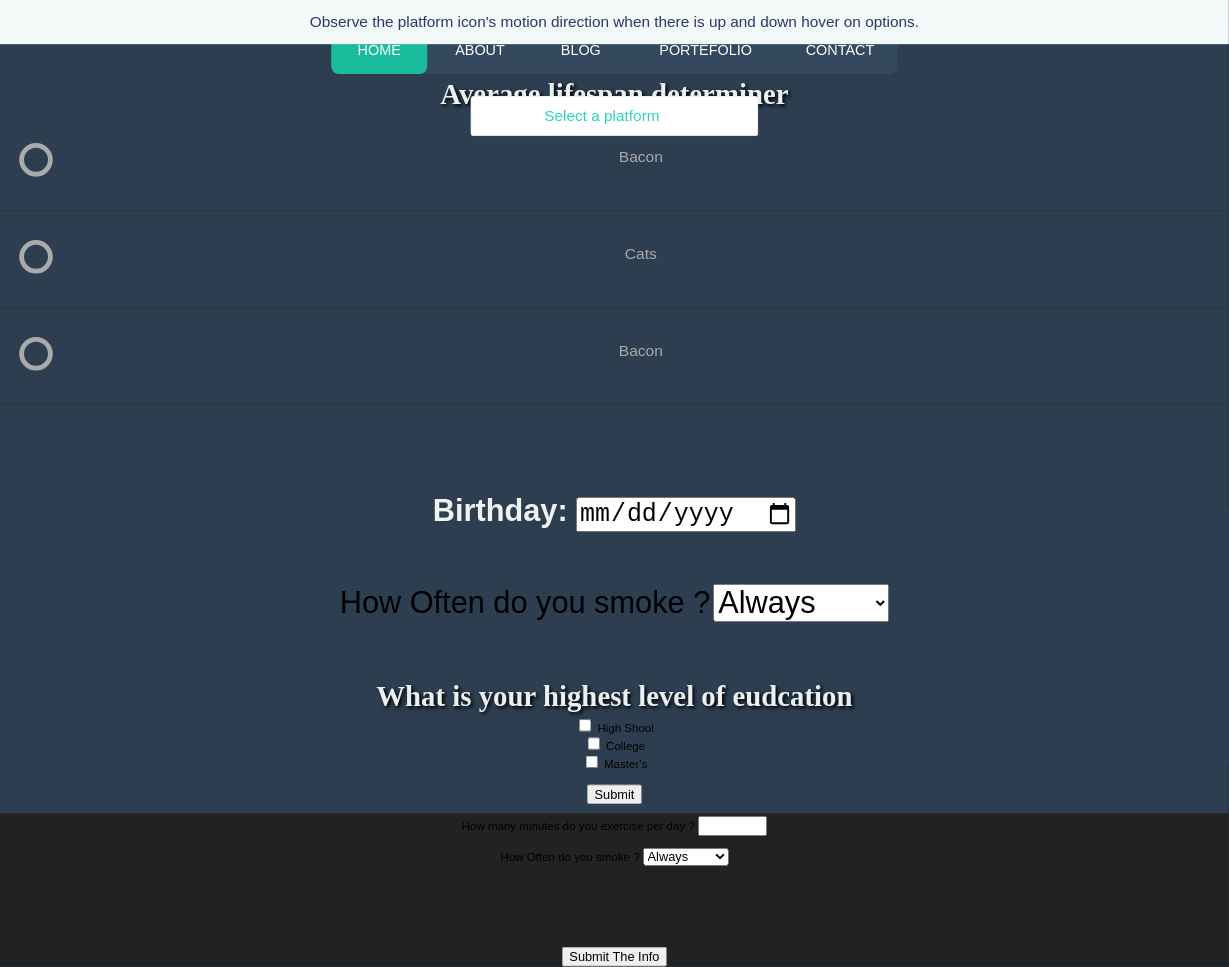
Repository: navid-amini12/capstone-1
Page: wordgame.html
An editor plug-in stored every save of this project. The page is shown before and after the next save, followed by the edit.
The browser window is 1280 px wide. The pictures show the whole page, at 96% of full size.

Above is the page before, as saved 2022-06-01 13:00:31.

### wordgame.html


  <link rel="stylesheet" type="text/css" href="Life.css">






<!-- NAVATION STARTING  -->

<nav class ="mynavigation">
  <a href="#">Home</a>
  <a href="#">About</a>
  <a href="#">Blog</a>
  <a href="#">Portefolio</a>
  <a href="#">Contact</a>
  <div class="animation start-home"></div>
</nav>
  <!-- NAVIGATION ENDING -->
    <h1>Average lifespan determiner</h1>









      <div class = "container90">

          <ul>
          <li>
            <input type="radio" id="s-option" name="selector">
            <label for="s-option">Bacon</label>

            <div class="check"><div class="inside"></div></div>
          </li>

          <li>
            <input type="radio" id="t-option" name="selector">
            <label for="t-option">Cats</label>

            <div class="check"><div class="inside"></div></div>
          </li>

          <li>
            <input type="radio" id="s-option" name="selector">
            <label for="s-option">Bacon</label>

            <div class="check"><div class="inside"></div></div>
          </li>
        </ul>
   </div>



   <br> <br> <br>


  <div class = "left"><form action="/action_page.php">
    <label style=" color: #f1f1f1; font-weight: bold; font-size: xx-large;" for="birthday">Birthday: </label>
    <input style = "font-size: xx-large" ;  type="date" id="birthday" name="birthday">

  </form>
 <br> <br> <br>
<label style = "font-size: xx-large" ;   for="cars">How Often do you smoke ?</label>

<select style = "font-size: xx-large" ;    id="questions">
<option value="volvo">Always</option>
<option value="saab">Often</option>
<option value="opel">Sometimes</option>
<option value="audi">Rarely</option>
<option value="audi">Never</option>
</select>
<br><br><br><br><br>












<div id="info">Observe the platform icon's motion direction when there is up and down hover on options.</div>

<form id="app-cover">
  <div id="select-box">
    <input type="checkbox" id="options-view-button">
    <div id="select-button" class="brd">
      <div id="selected-value">
        <span>Select a platform</span>
      </div>
      <div id="chevrons">
        <i class="fas fa-chevron-up"></i>
        <i class="fas fa-chevron-down"></i>
      </div>
    </div>
    <div id="options">
      <div class="option">
        <input class="s-c top" type="radio" name="platform" value="codepen">
        <input class="s-c bottom" type="radio" name="platform" value="codepen">
        <i class="fab fa-codepen"></i>
        <span class="label">CodePen</span>
        <span class="opt-val">CodePen</span>
      </div>
      <div class="option">
        <input class="s-c top" type="radio" name="platform" value="dribbble">
        <input class="s-c bottom" type="radio" name="platform" value="dribbble">
        <i class="fab fa-dribbble"></i>
        <span class="label">Dribbble</span>
        <span class="opt-val">Dribbble</span>
      </div>
      <div class="option">
        <input class="s-c top" type="radio" name="platform" value="behance">
        <input class="s-c bottom" type="radio" name="platform" value="behance">
        <i class="fab fa-behance"></i>
        <span class="label">Behance</span>
        <span class="opt-val">Behance</span>
      </div>
      <div class="option">
        <input class="s-c top" type="radio" name="platform" value="hackerrank">
        <input class="s-c bottom" type="radio" name="platform" value="hackerrank">
        <i class="fab fa-hackerrank"></i>
        <span class="label">HackerRank</span>
        <span class="opt-val">HackerRank</span>
      </div>
      <div class="option">
        <input class="s-c top" type="radio" name="platform" value="stackoverflow">
        <input class="s-c bottom" type="radio" name="platform" value="stackoverflow">
        <i class="fab fa-stack-overflow"></i>
        <span class="label">StackOverflow</span>
        <span class="opt-val">StackOverflow</span>
      </div>
      <div class="option">
        <input class="s-c top" type="radio" name="platform" value="freecodecamp">
        <input class="s-c bottom" type="radio" name="platform" value="freecodecamp">
        <i class="fab fa-free-code-camp"></i>
        <span class="label">FreeCodeCamp</span>
        <span class="opt-val">FreeCodeCamp</span>
      </div>
      <div id="option-bg"></div>
    </div>
  </div>
</form>


























<h1>What is your highest level of eudcation</h1>

<form id = "checkbox1">
<input type="checkbox" id="vehicle1" name="vehicle1" value="Bike">
<label for="vehicle1"> High Shool</label><br>
<input type="checkbox" id="vehicle2" name="vehicle2" value="Car">
<label for="vehicle2"> College</label><br>
<input type="checkbox" id="vehicle3" name="vehicle3" value="Boat">
<label for="vehicle3"> Master's</label><br><br>
<input type="submit" value="Submit">
</form>

<form>
  <label for="quantity">How many minutes do you exercise per day ? </label>
  <input type="number" id="quantity" name="quantity" min="0" max="1000">
</form>




<label for="cars">How Often do you smoke ?</label>

<select id="myquestions">
<option value="always">Always</option>
<option value="often">Often</option>
<option value="sometimes">Sometimes</option>
<option value="rarely">Rarely</option>
<option value="never">Never</option>
</select>
<br>
<br>
<br>
<br>


<br>
<br>
<br>
<button id = "submitInfo">Submit The Info</button></div>





<!-- <input id = "submitInfo" type="button" value = "Submit Info" onclick="alert('Submitting INfo');" /></div> -->

  </div>



  <!-- <input id = "submitInfo" type="button" value = "Submit Info" onclick="alert('Submitting INfo');" /> -->


















  <body class="container">
    <ul id="people" class=""></ul>


    <script src="https://unpkg.com/axios/dist/axios.min.js"></script>
    <script>

      document.getElementById("submitInfo").onclick = function () {
        axios
          .get("http://localhost:4000/api/users")
          .then(function (response) {
            var e = document.getElementById("myquestions");
            var strUser = e.options[e.selectedIndex].text;


            var x = document.getElementById("vehicle1").value;




     if (strUser == "Never") {

         alert(x)



       alert( document.getElementById("people").innerHTML = response.data[0] )

    }
          })


          .catch(function (err) {
            document.getElementById("people").innerHTML =
              '<li class="text-danger">' + err.message + "</li>";
          });
      };
    </script>

### Life.css
* {
  user-select: none;
}

*:focus {
  outline: none;
}

html,
body {
  height: 100%;
  min-height: 100%;
}

body {
  font-family: "Segoe UI", Tahoma, Geneva, Verdana, sans-serif;
  padding-bottom: 100px;
  margin: 0;
  background-color: #ebf3f3;
}

.brd {
  border: 1px solid #e2eded;
  border-color: #eaf1f1 #e4eded #dbe7e7 #e4eded;
}

#info {
  position: absolute;
  top: 0;
  right: 0;
  left: 0;
  color: #2d3667;
  font-size: 16px;
  text-align: center;
  padding: 14px;
  background-color: #f3f9f9;
}

#app-cover {
  position: absolute;
  top: 0;
  right: 0;
  left: 0;
  width: 300px;
  height: 42px;
  margin: 100px auto 0 auto;
  z-index: 1;
}

#select-button {
  position: relative;
  height: 16px;
  padding: 12px 14px;
  background-color: #fff;
  border-radius: 4px;
  cursor: pointer;
}

#options-view-button {
  position: absolute;
  top: 0;
  right: 0;
  bottom: 0;
  left: 0;
  width: 100%;
  height: 100%;
  margin: 0;
  opacity: 0;
  cursor: pointer;
  z-index: 3;
}

#selected-value {
  font-size: 16px;
  line-height: 1;
  margin-right: 26px;
}

.option i {
  width: 16px;
  height: 16px;
}

.option,
.label {
  color: #2d3667;
  font-size: 16px;
}

#chevrons {
  position: absolute;
  top: 0;
  right: 0;
  bottom: 0;
  width: 12px;
  padding: 9px 14px;
}

#chevrons i {
  display: block;
  height: 50%;
  color: #d1dede;
  font-size: 12px;
  text-align: right;
}

#options-view-button:checked + #select-button #chevrons i {
  color: #2d3667;
}

.options {
  position: absolute;
  left: 0;
  width: 250px;
}

#options {
  position: absolute;
  top: 42px;
  right: 0;
  left: 0;
  width: 298px;
  margin: 0 auto;
  background-color: #fff;
  border-radius: 4px;
}

#options-view-button:checked ~ #options {
  border: 1px solid #e2eded;
  border-color: #eaf1f1 #e4eded #dbe7e7 #e4eded;
}

.option {
  position: relative;
  line-height: 1;
  transition: 0.3s ease all;
  z-index: 2;
}

.option i {
  position: absolute;
  left: 14px;
  padding: 0;
  display: none;
}

#options-view-button:checked ~ #options .option i {
  display: block;
  padding: 12px 0;
}

.label {
  display: none;
  padding: 0;
  margin-left: 27px;
}

#options-view-button:checked ~ #options .label {
  display: block;
  padding: 12px 14px;
}

.s-c {
  position: absolute;
  left: 0;
  width: 100%;
  height: 50%;
}

.s-c.top {
  top: 0;
}

.s-c.bottom {
  bottom: 0;
}

input[type="radio"] {
  position: absolute;
  right: 0;
  left: 0;
  width: 100%;
  height: 50%;
  margin: 0;
  opacity: 0;
  cursor: pointer;
}

.s-c:hover ~ i {
  color: #fff;
  opacity: 0;
}

.s-c:hover {
  height: 100%;
  z-index: 1;
}

.s-c.bottom:hover + i {
  bottom: -25px;
  animation: moveup 0.3s ease 0.1s forwards;
}

.s-c.top:hover ~ i {
  top: -25px;
  animation: movedown 0.3s ease 0.1s forwards;
}

@keyframes moveup {
  0% {
    bottom: -25px;
    opacity: 0;
  }
  100% {
    bottom: 0;
    opacity: 1;
  }
}

@keyframes movedown {
  0% {
    top: -25px;
    opacity: 0;
  }
  100% {
    top: 0;
    opacity: 1;
  }
}

.label {
  transition: 0.3s ease all;
}

.opt-val {
  position: absolute;
  left: 14px;
  width: 217px;
  height: 21px;
  opacity: 0;
  background-color: #fff;
  transform: scale(0);
}

.option input[type="radio"]:checked ~ .opt-val {
  opacity: 1;
  transform: scale(1);
}

.option input[type="radio"]:checked ~ i {
  top: 0;
  bottom: auto;
  opacity: 1;
  animation: unset;
}

.option input[type="radio"]:checked ~ i,
.option input[type="radio"]:checked ~ .label {
  color: #fff;
}

.option input[type="radio"]:checked ~ .label:before {
  content: "";
  position: absolute;
  top: 0;
  right: 0;
  bottom: 0;
  left: 0;
  z-index: -1;
}

#options-view-button:not(:checked)
  ~ #options
  .option
  input[type="radio"]:checked
  ~ .opt-val {
  top: -30px;
}

.option:nth-child(1) input[type="radio"]:checked ~ .label:before {
  background-color: #000;
  border-radius: 4px 4px 0 0;
}

.option:nth-child(1) input[type="radio"]:checked ~ .opt-val {
  top: -31px;
}

.option:nth-child(2) input[type="radio"]:checked ~ .label:before {
  background-color: #ea4c89;
}

.option:nth-child(2) input[type="radio"]:checked ~ .opt-val {
  top: -71px;
}

.option:nth-child(3) input[type="radio"]:checked ~ .label:before {
  background-color: #0057ff;
}

.option:nth-child(3) input[type="radio"]:checked ~ .opt-val {
  top: -111px;
}

.option:nth-child(4) input[type="radio"]:checked ~ .label:before {
  background-color: #32c766;
}

.option:nth-child(4) input[type="radio"]:checked ~ .opt-val {
  top: -151px;
}

.option:nth-child(5) input[type="radio"]:checked ~ .label:before {
  background-color: #f48024;
}

.option:nth-child(5) input[type="radio"]:checked ~ .opt-val {
  top: -191px;
}

.option:nth-child(6) input[type="radio"]:checked ~ .label:before {
  background-color: #006400;
  border-radius: 0 0 4px 4px;
}

.option:nth-child(6) input[type="radio"]:checked ~ .opt-val {
  top: -231px;
}

.option .fa-codepen {
  color: #000;
}

.option .fa-dribbble {
  color: #ea4c89;
}

.option .fa-behance {
  color: #0057ff;
}

.option .fa-hackerrank {
  color: #32c766;
}

.option .fa-stack-overflow {
  color: #f48024;
}

.option .fa-free-code-camp {
  color: #006400;
}

#option-bg {
  position: absolute;
  top: 0;
  right: 0;
  left: 0;
  height: 40px;
  transition: 0.3s ease all;
  z-index: 1;
  display: none;
}

#options-view-button:checked ~ #options #option-bg {
  display: block;
}

.option:hover .label {
  color: #fff;
}

.option:nth-child(1):hover ~ #option-bg {
  top: 0;
  background-color: #000;
  border-radius: 4px 4px 0 0;
}

.option:nth-child(2):hover ~ #option-bg {
  top: 40px;
  background-color: #ea4c89;
}

.option:nth-child(3):hover ~ #option-bg {
  top: 80px;
  background-color: #0057ff;
}

.option:nth-child(4):hover ~ #option-bg {
  top: 120px;
  background-color: #32c766;
}

.option:nth-child(5):hover ~ #option-bg {
  top: 160px;
  background-color: #f48024;
}

.option:nth-child(6):hover ~ #option-bg {
  top: 200px;
  background-color: #006400;
  border-radius: 0 0 4px 4px;
}







@import url('https://fonts.googleapis.com/css?family=Lato');

body, html{
  height: 100%;
  background: #222222;
	font-family: 'Lato', sans-serif;
}

.container90{
 text-align: center;
}

h2 {
	color: #AAAAAA;
}

.container ul{
  list-style: none;
  margin: 0;
  padding: 0;
	overflow: auto;
}

ul li{
  color: #AAAAAA;
  display: block;
  position: relative;
  float: left;
  width: 100%;
  height: 100px;
	border-bottom: 1px solid #333;
}

ul li input[type=radio]{
  position: absolute;
  visibility: hidden;
}

ul li label{
  display: block;
  position: relative;
  font-weight: 300;
  font-size: 1.35em;
  padding: 25px 25px 25px 80px;
  margin: 10px auto;
  height: 30px;
  z-index: 9;
  cursor: pointer;
  -webkit-transition: all 0.25s linear;
}

ul li:hover label{
	color: #FFFFFF;
}

ul li .check{
  display: block;
  position: absolute;
  border: 5px solid #AAAAAA;
  border-radius: 100%;
  height: 25px;
  width: 25px;
  top: 30px;
  left: 20px;
	z-index: 5;
	transition: border .25s linear;
	-webkit-transition: border .25s linear;
}

ul li:hover .check {
  border: 5px solid #FFFFFF;
}

ul li .check::before {
  display: block;
  position: absolute;
	content: '';
  border-radius: 100%;
  height: 15px;
  width: 15px;
  top: 5px;
	left: 5px;
  margin: auto;
	transition: background 0.25s linear;
	-webkit-transition: background 0.25s linear;
}

input[type=radio]:checked ~ .check {
  border: 5px solid #0DFF92;
}

input[type=radio]:checked ~ .check::before{
  background: #0DFF92;
}

input[type=radio]:checked ~ label{
  color: #0DFF92;
}

.signature {
	margin: 10px auto;
	padding: 10px 0;
	width: 100%;
}

.signature p{
	text-align: center;
	font-family: Helvetica, Arial, Sans-Serif;
	font-size: 0.85em;
	color: #AAAAAA;
}

.signature .much-heart{
	display: inline-block;
	position: relative;
	margin: 0 4px;
	height: 10px;
	width: 10px;
	background: #AC1D3F;
	border-radius: 4px;
	-ms-transform: rotate(45deg);
    -webkit-transform: rotate(45deg);
    transform: rotate(45deg);
}

.signature .much-heart::before,
.signature .much-heart::after {
	  display: block;
  content: '';
  position: absolute;
  margin: auto;
  height: 10px;
  width: 10px;
  border-radius: 5px;
  background: #AC1D3F;
  top: -4px;
}

.signature .much-heart::after {
	bottom: 0;
	top: auto;
	left: -4px;
}

.signature a {
	color: #AAAAAA;
	text-decoration: none;
	font-weight: bold;
}


/* Styles for alert...
by the way it is so weird when you look at your code a couple of years after you wrote it XD */

.alert {
	box-sizing: border-box;
	background-color: #BDFFE1;
	width: 100%;
	position: relative;
	top: 0;
	left: 0;
	z-index: 300;
	padding: 20px 40px;
	color: #333;
}

.alert h2 {
	font-size: 22px;
	color: #232323;
	margin-top: 0;
}

.alert p {
	line-height: 1.6em;
	font-size:18px;
}

.alert a {
	color: #232323;
	font-weight: bold;
}






/* startin of navtation css */

.left {
  margin-top: 50px;
  text-align: center;
}






nav {
  margin: 27px auto 0;

  position: relative;
  width: 590px;
  height: 50px;
  background-color: #34495e;
  border-radius: 8px;
  font-size: 0;
}
nav a {
  line-height: 50px;
  height: 100%;
  font-size: 15px;
  display: inline-block;
  position: relative;
  z-index: 1;
  text-decoration: none;
  text-transform: uppercase;
  text-align: center;
  color: white;
  cursor: pointer;
}
nav .animation {
  position: absolute;
  height: 100%;
  top: 0;
  z-index: 0;
  transition: all .5s ease 0s;
  border-radius: 8px;
}
a:nth-child(1) {
  width: 100px;
}
a:nth-child(2) {
  width: 110px;
}
a:nth-child(3) {
  width: 100px;
}
a:nth-child(4) {
  width: 160px;
}
a:nth-child(5) {
  width: 120px;
}
nav .start-home, a:nth-child(1):hover~.animation {
  width: 100px;
  left: 0;
  background-color: #1abc9c;
}
nav .start-about, a:nth-child(2):hover~.animation {
  width: 110px;
  left: 100px;
  background-color: #e74c3c;
}
nav .start-blog, a:nth-child(3):hover~.animation {
  width: 100px;
  left: 210px;
  background-color: #3498db;
}
nav .start-portefolio, a:nth-child(4):hover~.animation {
  width: 160px;
  left: 310px;
  background-color: #9b59b6;
}
nav .start-contact, a:nth-child(5):hover~.animation {
  width: 120px;
  left: 470px;
  background-color: #e67e22;
}

body {
  font-size: 12px;
  font-family: sans-serif;
  background: #2c3e50;
}
h1 {
  text-align: center;
  margin: 40px 0 40px;
  text-align: center;
  font-size: 30px;
  color: #ecf0f1;
  text-shadow: 2px 2px 4px #000000;
  font-family: 'Cherry Swash', cursive;
}

p {
    position: absolute;
    bottom: 20px;
    width: 100%;
    text-align: center;
    color: #ecf0f1;
    font-family: 'Cherry Swash',cursive;
    font-size: 16px;
}

span {
    color: #2BD6B4;
}




/* Navigation  */

/*
@import url('https://fonts.googleapis.com/css?family=Lobster&display=swap') repeat scroll 0 0 rgba(0, 0, 0 , 0);

body {
  background: #fff;
}

.title {
  font-size: 2.5rem;
  font-family: 'Lobster', cursive;
}

.container {
  animation: scroll 70s linear infinite;
  background: url("https://images.unsplash.com/photo-1465146633011-14f8e0781093?ixlib=rb-1.2.1&ixid=eyJhcHBfaWQiOjEyMDd9&auto=format&fit=crop&w=3450&q=80"), #111111;
  color: #eee;
  height: 100vh;
  min-width: 360px;
  width: 100%;
  display: flex;
  justify-content: center;
  align-items: center;
  perspective: 1000px;
  perspective-origin: 50% 50%;

}

@keyframes scroll {
   100%{
    background-position:0px -3000px;
  }
}

@media (prefers-reduced-motion) {
  .container {
    animation: scroll 200s linear infinite;
  }
}

@media (min-width: 670px) {
  .title {
    font-size: 5rem;
  }
}

#modalContainer {
  background-color:rgba(0, 0, 0, 0.3);
  position:absolute;
  top:0;
  width:100%;
  height:100%;
  left:0px;
  z-index:10000;
  background-image:url(tp.png); /* required by MSIE to prevent actions on lower z-index elements */
}

#alertBox {
  position:relative;
  width:33%;
  min-height:20%;
  max-height:35%;
  margin-top:50px;
  border:1px solid #fff;
  background-color:#fff;
  background-repeat:no-repeat;
  top:30%;
}

#modalContainer > #alertBox {
  position:fixed;
}

#alertBox h1 {
  margin:0;
  font:bold 1em Raleway,arial;
  background-color:#f97352;
  color:#FFF;
  border-bottom:1px solid #f97352;
  padding:10px 0 10px 5px;
}


#alertBox #closeBtn {
  display:block;
  position:relative;
  margin:100px auto 100px auto;
  padding:7px;
  border:0 none;
  width:70px;
  text-transform:uppercase;
  text-align:center;
  color:#FFF;
  background-color:#f97352;
  border-radius: 0px;
  text-decoration:none;
  outline:0!important;
}

/* unrelated styles */

#mContainer {
  position:relative;
  width:600px;
  margin:auto;
  padding:5px;
  border-top:2px solid #fff;
  border-bottom:2px solid #fff;
}

h1,h2 {
  margin:0;
  padding:4px;
}

code {
  font-size:1.2em;
  color:#069;
}

#credits {
  position:relative;
  margin:25px auto 0px auto;
  width:350px;
  font:0.7em verdana;
  border-top:1px solid #000;
  border-bottom:1px solid #000;
  height:90px;
  padding-top:4px;
}

#credits img {
  float:left;
  margin:5px 10px 5px 0px;
  border:1px solid #000000;
  width:80px;
  height:79px;
}

.important {
  background-color:#F5FCC8;
  padding:2px;

}

@media (max-width: 600px)
{
  #alertBox {
  position:relative;
  width:90%;
  top:30%;
}


 */

After the next save:
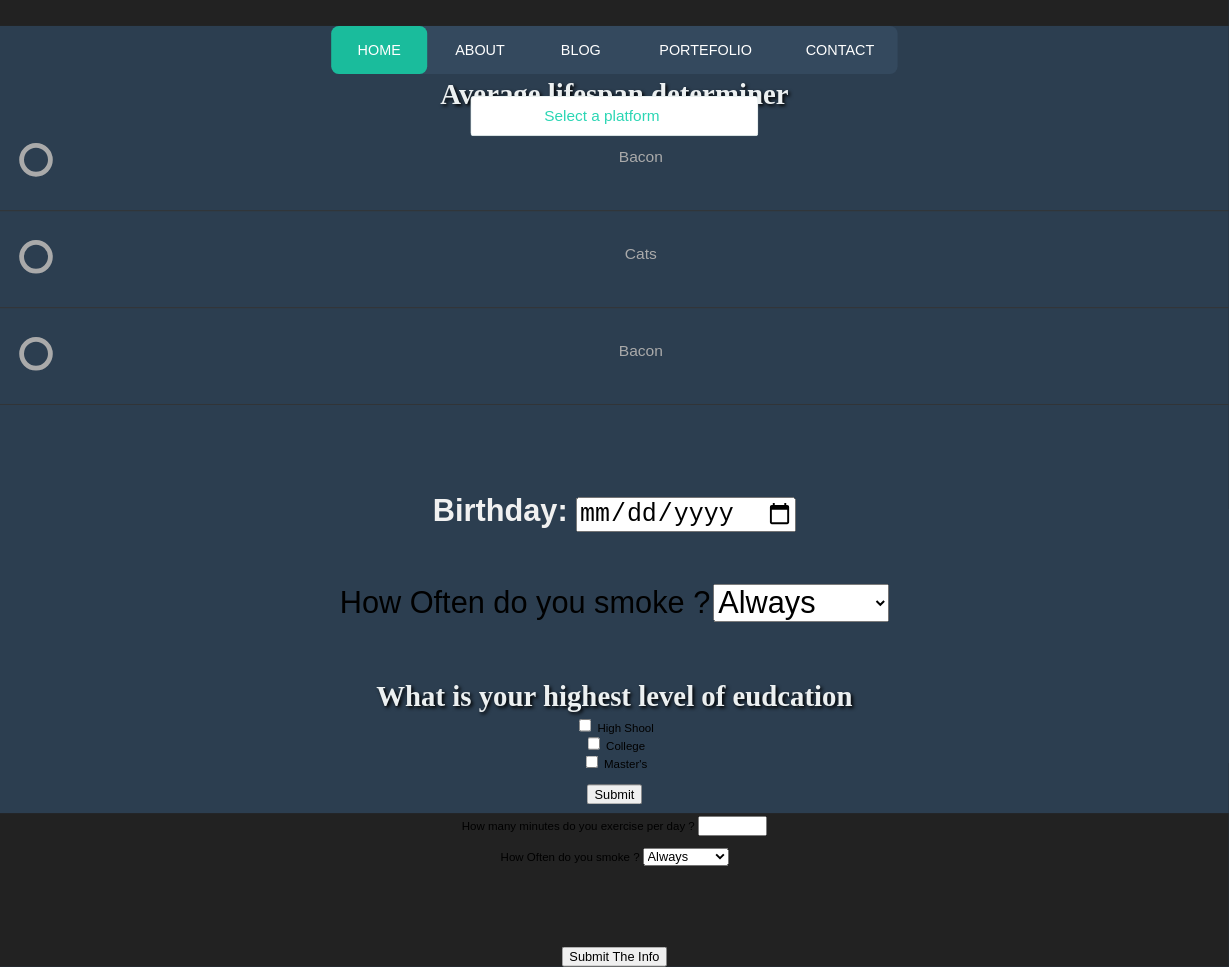
Saved 31 s later.
--- a/wordgame.html
+++ b/wordgame.html
@@ -87,7 +87,6 @@
 
 
 
-<div id="info">Observe the platform icon's motion direction when there is up and down hover on options.</div>
 
 <form id="app-cover">
   <div id="select-box">
